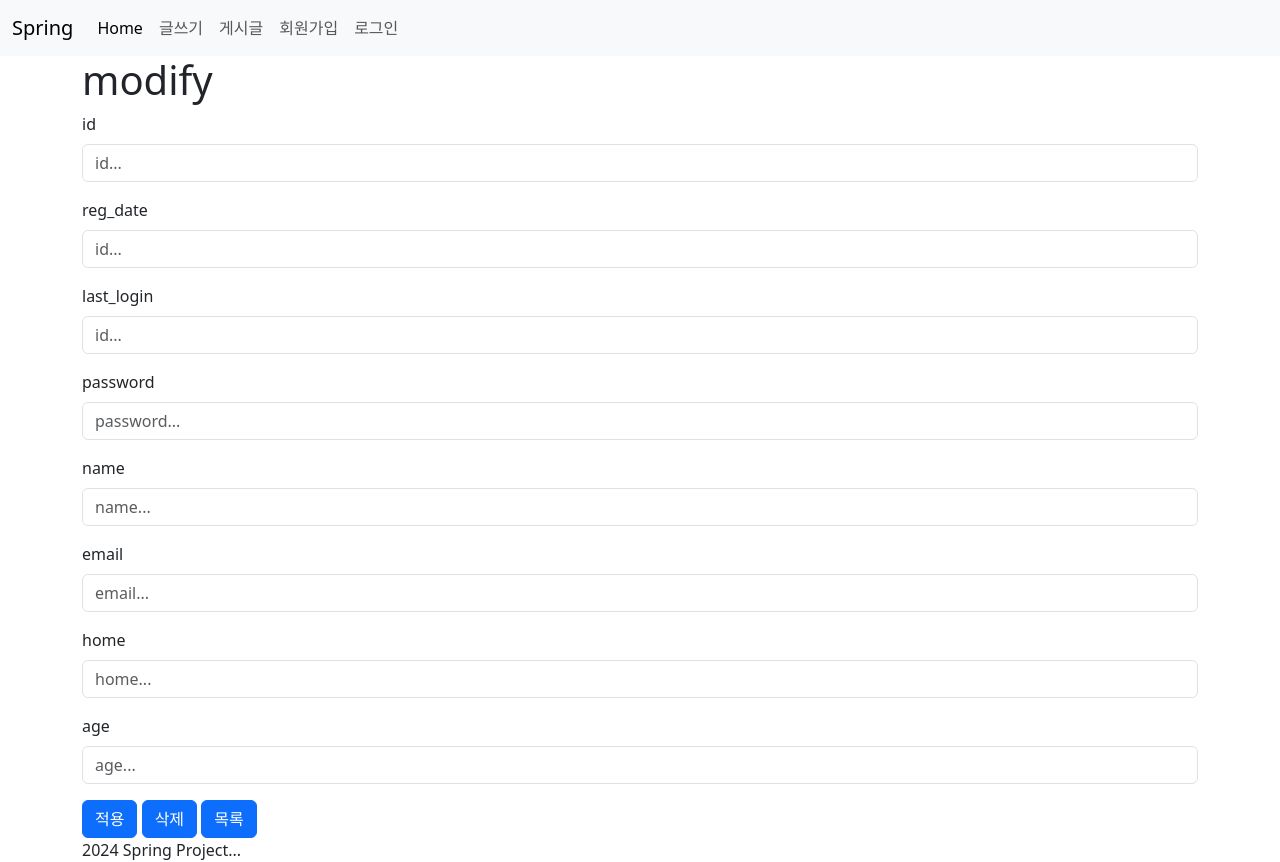
Repository: dlwpsdlwps/springTest240430
Page: http://localhost/spring_study/WEB-INF/views/member/modify.jsp
The author's editor kept a copy of each file at every save. The page is drawn from the files as they stood at one save, then again after the next save.
The browser window is 1280 px wide. The pictures show the whole page.
The page is served by Tomcat 9. Nobody is signed in. The template is opened directly, without the code that normally fills it, so the values that code supplies are empty.

Above is the page before, as saved 2024-04-25 09:09:55.

After the next save:
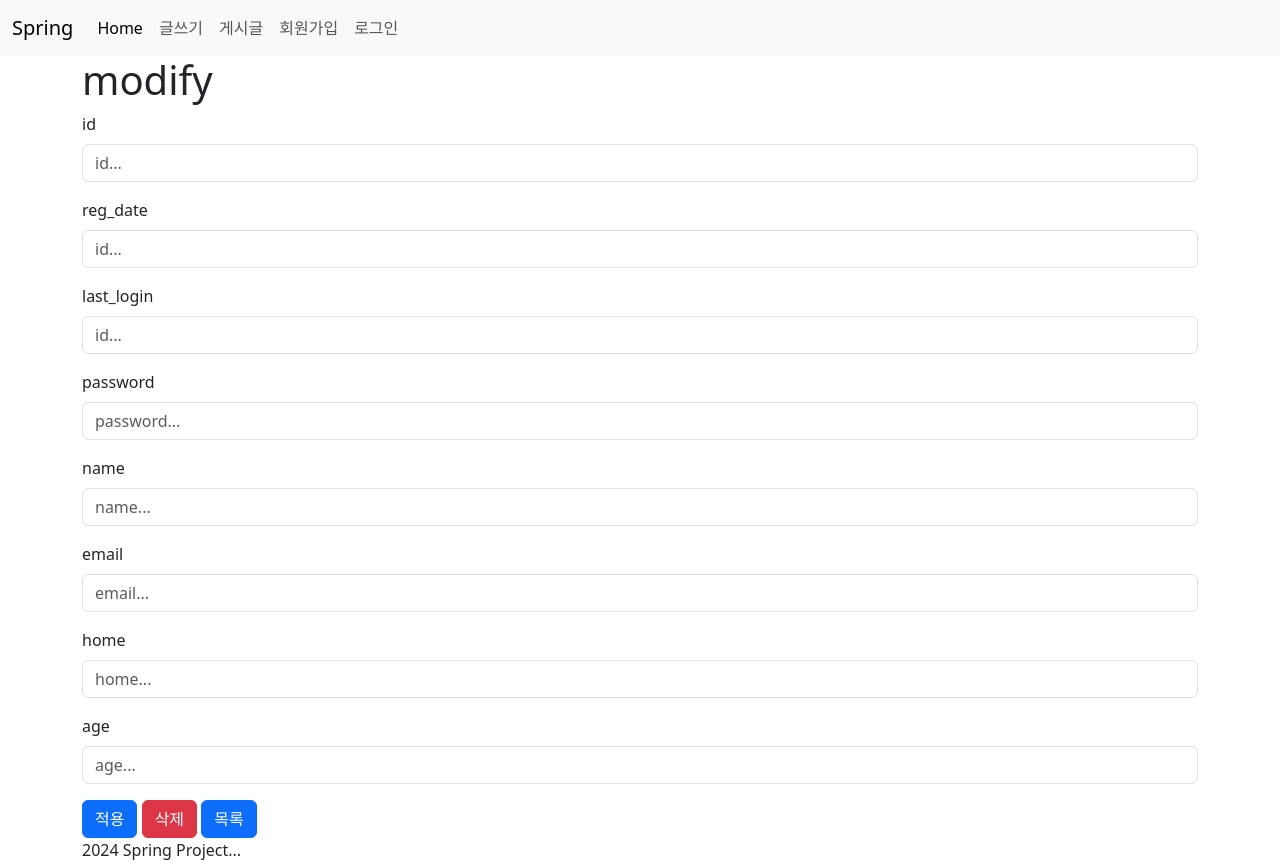
Saved 26 s later.
--- a/spring_study/src/main/webapp/WEB-INF/views/member/modify.jsp
+++ b/spring_study/src/main/webapp/WEB-INF/views/member/modify.jsp
@@ -37,7 +37,7 @@
 			<input type="text" class="form-control" name="age" id="a" value="${ses.age }" placeholder="age...">
 		</div>
 		<button type="submit" class="btn btn-primary">적용</button>
-		<a href="/member/delete"><button type="button" class="btn btn-primary">삭제</button></a>
+		<a href="/member/delete"><button type="button" class="btn btn-danger">삭제</button></a>
 		<a href="/member/list"><button type="button" class="btn btn-primary">목록</button></a>
 	</form>
 </div>
